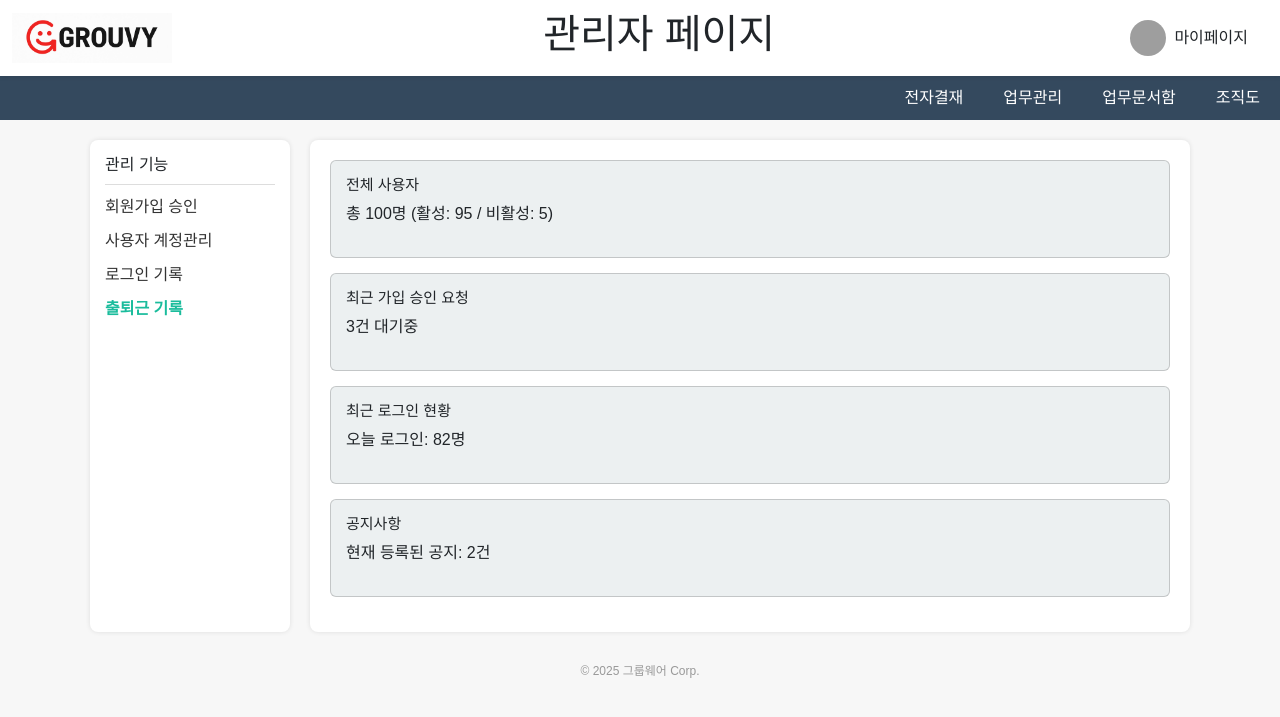
Repository: hyunbin7664/web-java-workspace
Page: groupware/src/main/webapp/admin_dashboard.html
The author's editor kept a copy of each file at every save. The page is drawn from the files as they stood at one save, then again after the next save.
The browser window is 1280 px wide. The pictures show the whole page.
Pictures or frames that could not be fetched are drawn as grey boxes.

Above is the page before, as saved 2025-07-08 02:22:19.

After the next save:
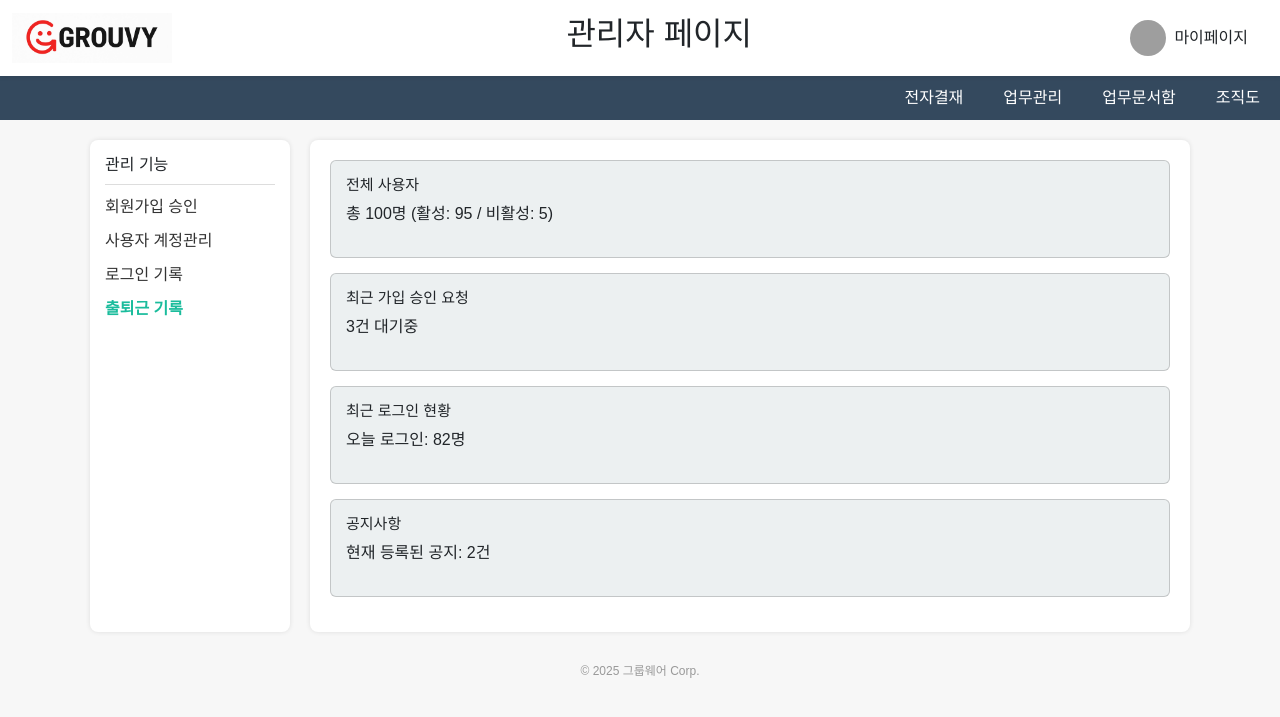
Saved 7 s later.
--- a/groupware/src/main/webapp/admin_dashboard.html
+++ b/groupware/src/main/webapp/admin_dashboard.html
@@ -131,9 +131,9 @@ footer {
 					<img src="grouvy_logo.jpg" alt="GROUVY 로고" class="logo-img">
 				</span>
 			</a>
-			<h1>
+			<h2>
 			<a class="mb-2 mb-lg-0 text-decoration-none text-dark" href="admin_dashboard.html">관리자 페이지</a>
-			</h1>
+			</h2>
 			<div class="d-flex align-items-center">
 				<a href="mypage.html" >
 					<img src="https://search.pstatic.net/sunny/?src=https%3A%2F%2Fs3.orbi.kr%2Fdata%2Ffile%2Funited2%2F6cc64e06aa404ac3a176745b9c1d5bfa.jpeg&type=sc960_832"
